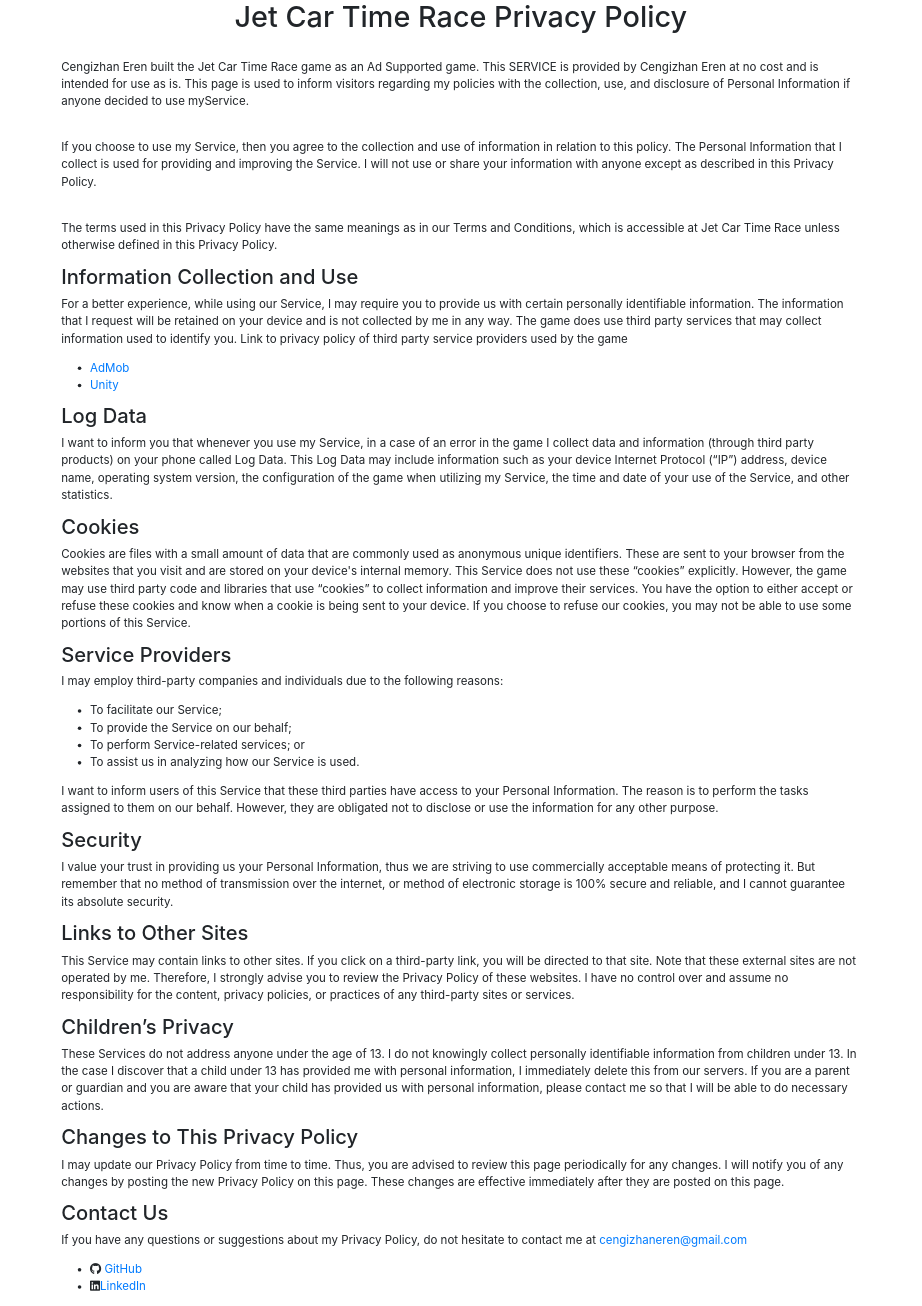
Repository: CengoCengo/cengocengo.github.io
Page: jetcartimeraceprivacypolicy.html
The author's editor kept a copy of each file at every save. The page is drawn from the files as they stood at one save, then again after the next save.
The browser window is 1280 px wide. The pictures show the whole page, at 72% of full size.

Above is the page before, as saved 2022-10-11 15:26:49.

After the next save:
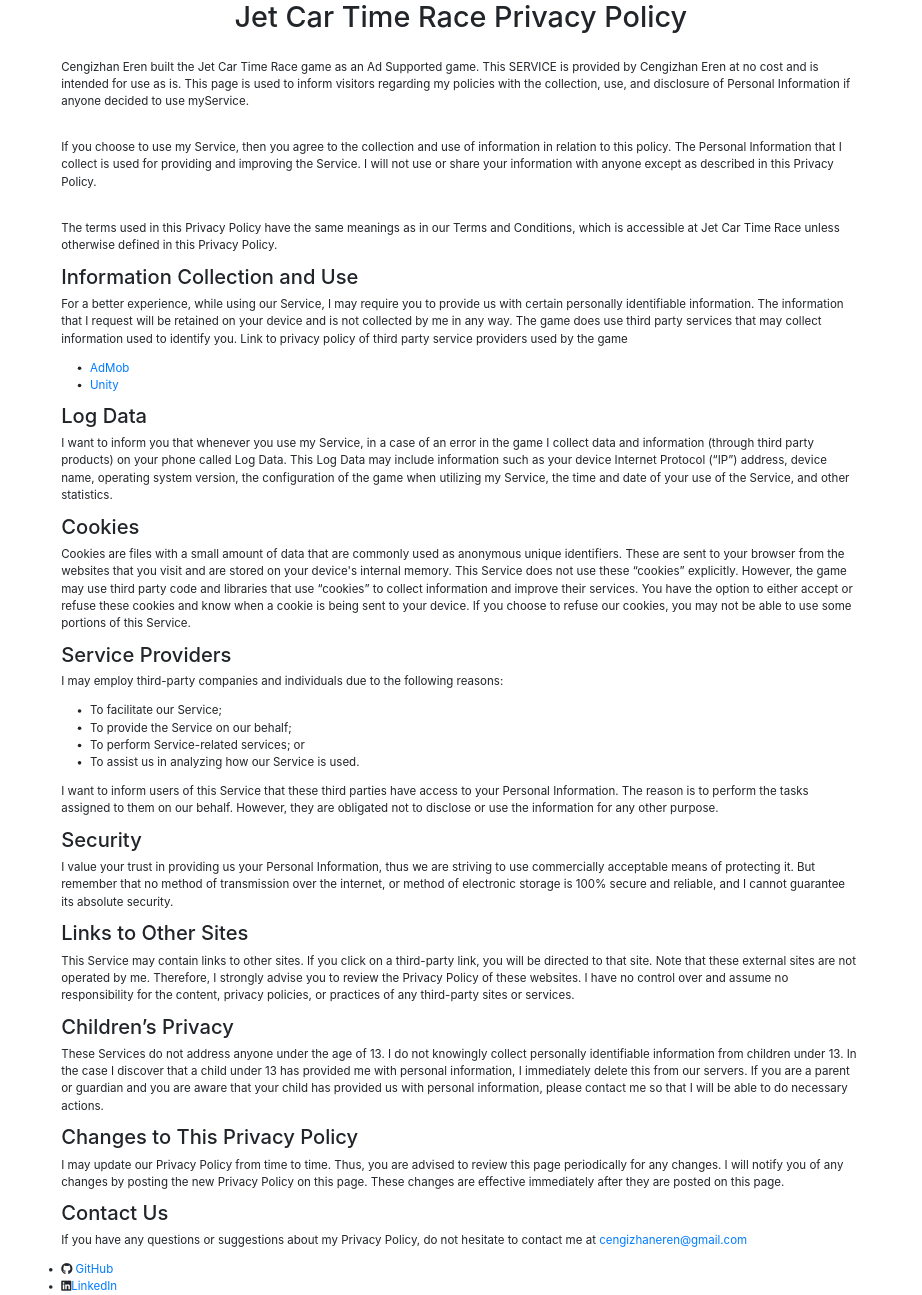
Saved 74 s later.
--- a/jetcartimeraceprivacypolicy.html
+++ b/jetcartimeraceprivacypolicy.html
@@ -118,9 +118,9 @@
                         </p>
 
 						<nav>
-							<ul>
+							<ul class="list-group">
 								<li><i class="fab fa-github"></i> <a href="https://github.com/cengocengo" target="_blank"><span>GitHub</span></a></li>
-								<li><i class="fab fa-linkedin"></i><a href="https://www.linkedin.com/in/cengizhan-eren" target="_blank" ><span>LinkedIn</span></a></li>
+								<li><i class="fab fa-linkedin"></i><a href="https://www.linkedin.com/in/cengizhan-eren" target="_blank"><span>LinkedIn</span></a></li>
 							</ul>
 						</nav>
 					</header>

After the save that followed:
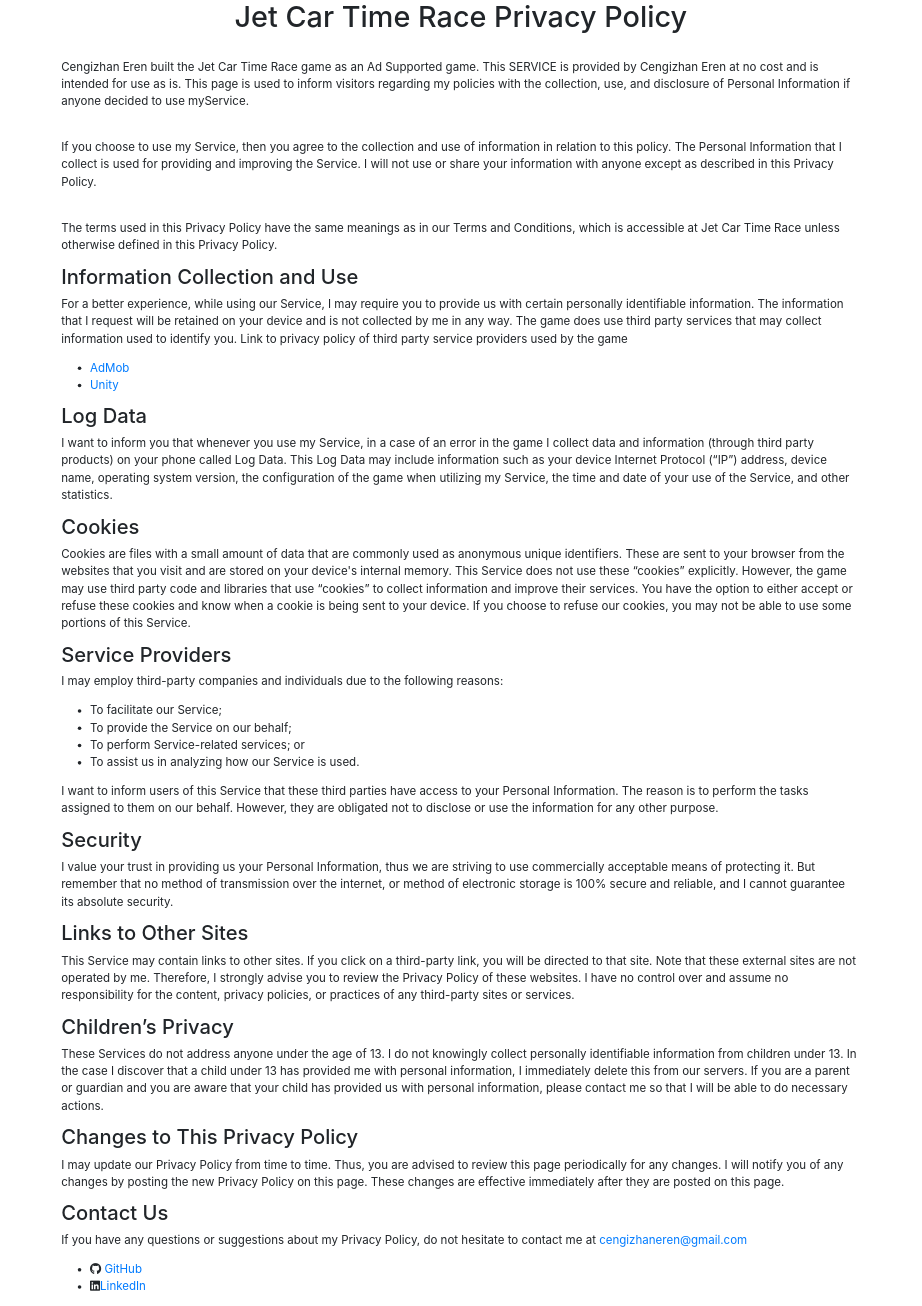
Saved 47 s later.
--- a/jetcartimeraceprivacypolicy.html
+++ b/jetcartimeraceprivacypolicy.html
@@ -118,7 +118,7 @@
                         </p>
 
 						<nav>
-							<ul class="list-group">
+							<ul>
 								<li><i class="fab fa-github"></i> <a href="https://github.com/cengocengo" target="_blank"><span>GitHub</span></a></li>
 								<li><i class="fab fa-linkedin"></i><a href="https://www.linkedin.com/in/cengizhan-eren" target="_blank"><span>LinkedIn</span></a></li>
 							</ul>
